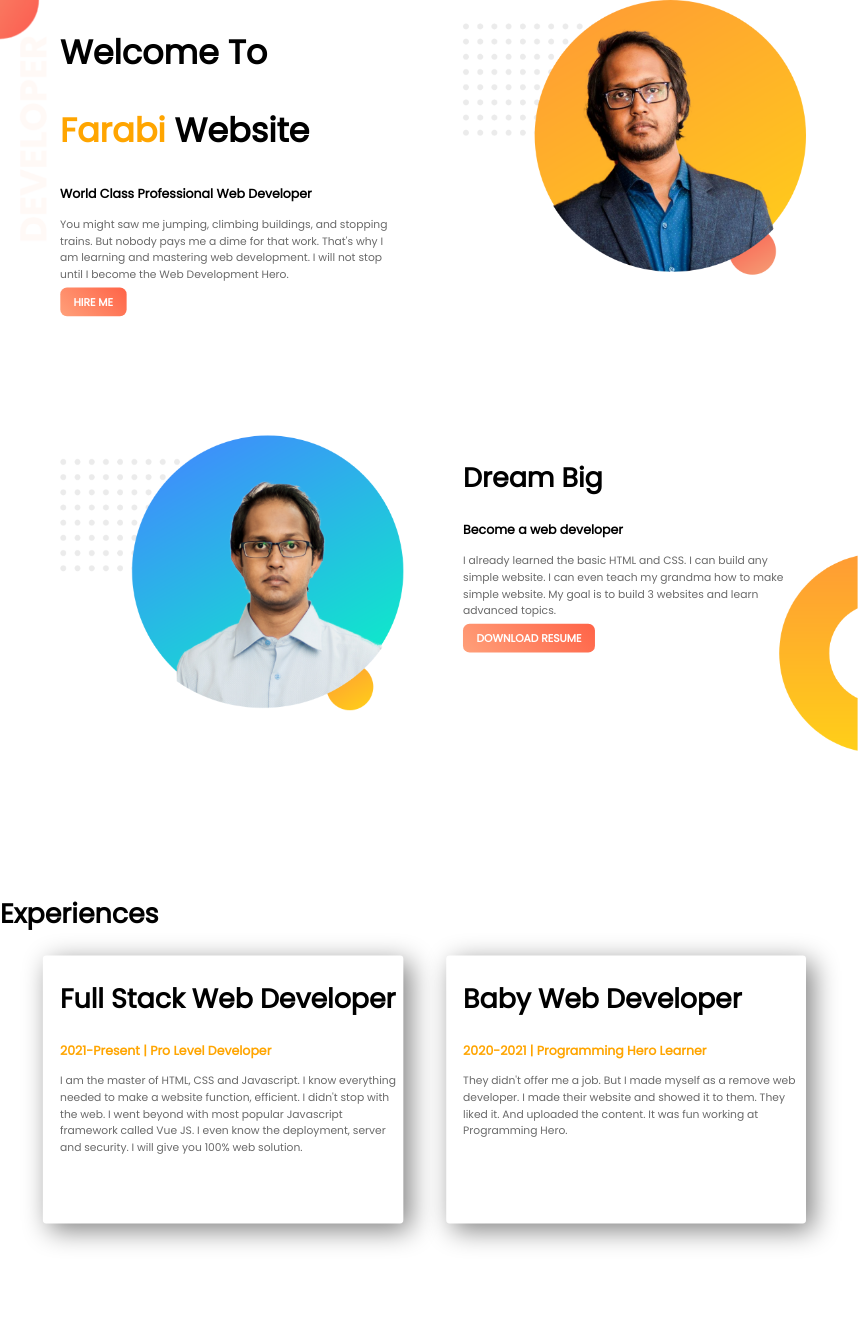
Repository: mohsinfarabi/web-portfolio
Page: index.html
The author's editor kept a copy of each file at every save. The page is drawn from the files as they stood at one save, then again after the next save.
The browser window is 1280 px wide. The pictures show the whole page, at 67% of full size.

Above is the page before, as saved 2020-06-30 23:55:50.

### index.html
<!DOCTYPE html>
<html lang="en">

<head>
    <meta charset="UTF-8">
    <meta name="viewport" content="width=device-width, initial-scale=1.0">
    <link href="https://fonts.googleapis.com/css2?family=Poppins" rel="stylesheet">
    <title>Farabi Web Developer</title>
    <link rel="stylesheet" href="style.css">
</head>

<body>
    <section class="top-banner">
        <div class="half-width">
            <h1>Welcome To</h1>
            <h1><span class="orange-highlight">Farabi</span> Website</h1>
            <h3>World Class Professional Web Developer</h3>
            <p>You might saw me jumping, climbing buildings, and stopping trains. But nobody pays me a dime for that work. That's why I am learning and mastering web development. I will not stop until I become the Web Development Hero.</p>
            <a class="link-button" target="_blank" href="https://www.linkedin.com/in/mohsin-farabi-68655040/">HIRE ME</a>
        </div>
        <div class="half-width">
            <img src="images/profile1.png" alt="">
        </div>
    </section>
    <section class="dream-area">
        <div class="half-width">
            <img src="images/profile2.png" alt="">
        </div>
        <div class="half-width">
            <h2>Dream Big</h2>
            <h3>Become a web developer</h3>
            <p>I already learned the basic HTML and CSS. I can build any simple website. I can even teach my grandma how to make simple website. My goal is to build 3 websites and learn advanced topics.</p>
            <a class="link-button" target="_blank" href="https://www.facebook.com/farabi.mohsin">DOWNLOAD RESUME</a>
        </div>

    </section>
    <section class="experience-area">
        <h2>Experiences</h2>
        <div class="half-width single-experience">
            <h2>Full Stack Web Developer</h2>
            <h3 class="orange-highlight">2021-Present | Pro Level Developer</h3>
            <p>I am the master of HTML, CSS and Javascript. I know everything needed to make a website function, efficient. I didn't stop with the web. I went beyond with most popular Javascript framework called Vue JS. I even know the deployment, server
                and security. I will give you 100% web solution.</p>
        </div>
        <div class="half-width single-experience">
            <h2>Baby Web Developer</h2>
            <h3 class="orange-highlight">2020-2021 | Programming Hero Learner</h3>
            <p>They didn't offer me a job. But I made myself as a remove web developer. I made their website and showed it to them. They liked it. And uploaded the content. It was fun working at Programming Hero.</p>
        </div>
        </div>
    </section>
</body>

</html>

### style.css
body {
    margin: 0;
    font-family: 'Poppins', sans-serif;
}

h1 {
    font-size: 50px;
}

h2 {
    font-size: 40px;
}

p {
    color: dimgray;
}

.orange-highlight {
    color: orange;
}

.half-width {
    width: 40%;
    float: left;
    margin-left: 5%;
    padding-left: 2%;
}

.half-width img {
    width: 100%;
}

.top-banner {
    background-image: url(images/top-banner.png);
    background-repeat: no-repeat;
}

.dream-area {
    background-image: url(images/dream-bg.png);
    background-repeat: no-repeat;
    background-position: right;
}

section {
    height: 500px;
    padding-bottom: 150px;
}

.link-button {
    text-decoration: none;
    background-image: linear-gradient(45deg, lightSalmon, tomato);
    padding: 10px 20px;
    border-radius: 10px;
    color: white;
    font-weight: 700;
}

.single-experience {
    box-shadow: 10px 10px 40px gray;
    border-radius: 5px;
    height: 80%;
}

.experience-area {}

After the next save:
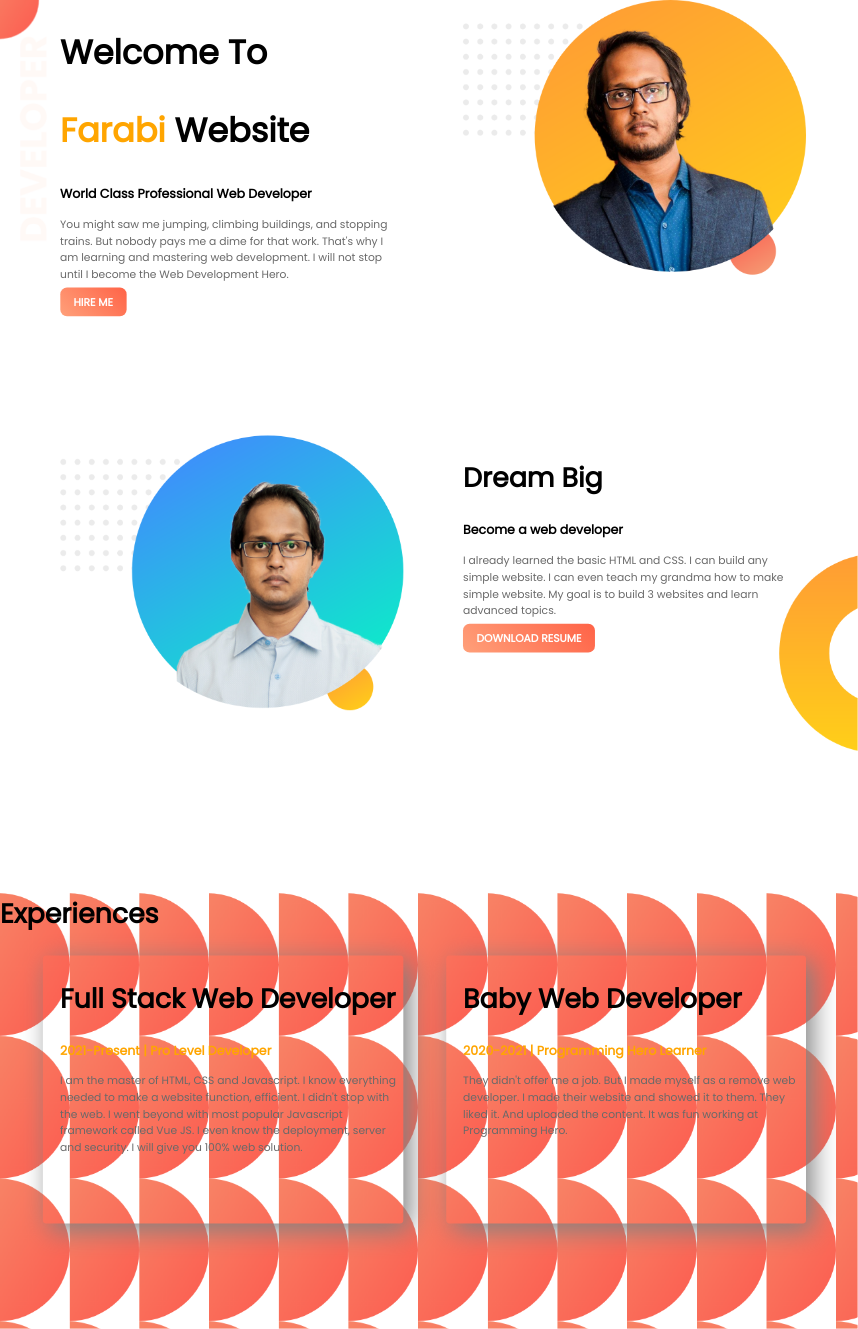
Saved 16 s later.
--- a/style.css
+++ b/style.css
@@ -61,4 +61,6 @@
     height: 80%;
 }
 
-.experience-area {}
+.experience-area {
+    background-image: url(images/exp-bg.png);
+}

After the save that followed:
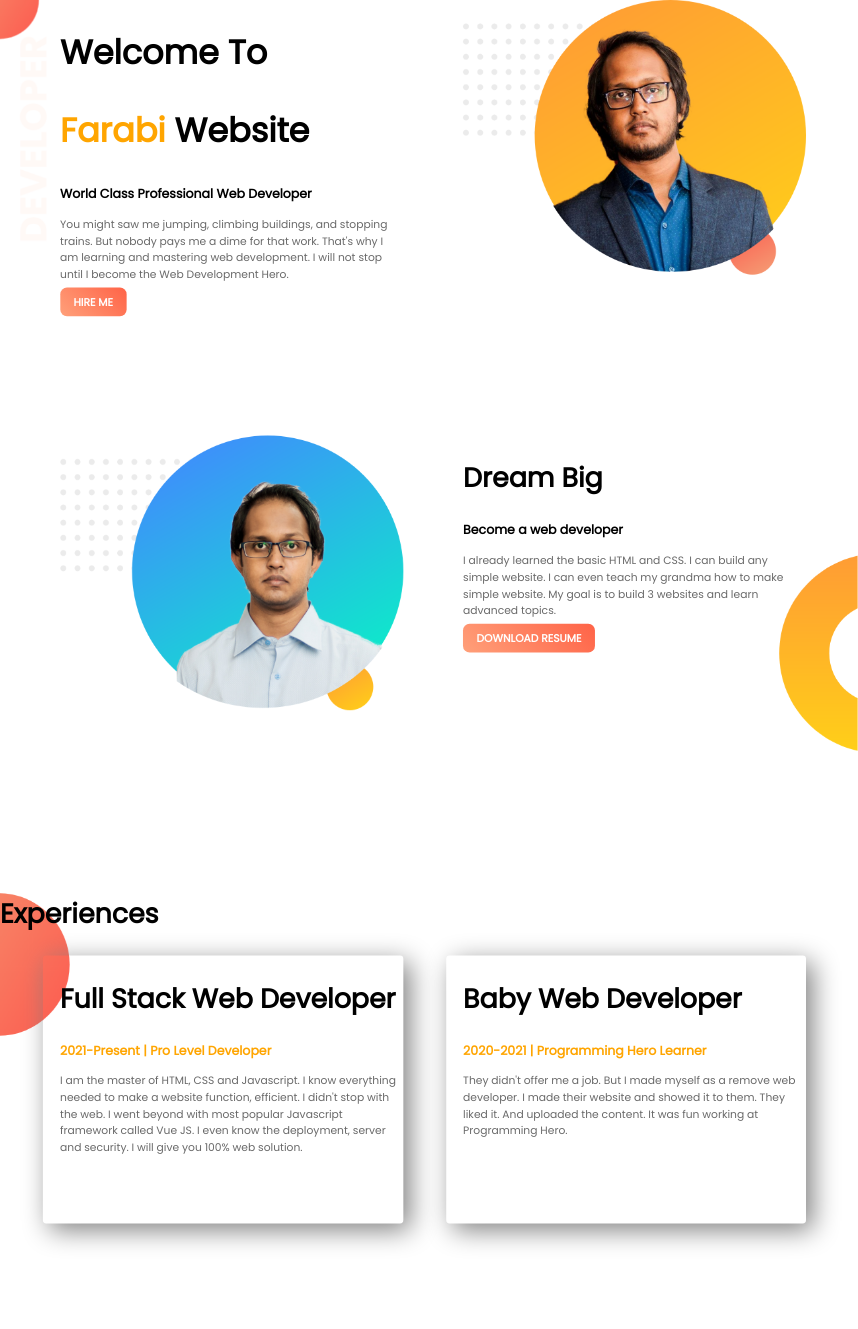
Saved 10 s later.
--- a/style.css
+++ b/style.css
@@ -63,4 +63,5 @@
 
 .experience-area {
     background-image: url(images/exp-bg.png);
+    background-repeat: no-repeat;
 }
